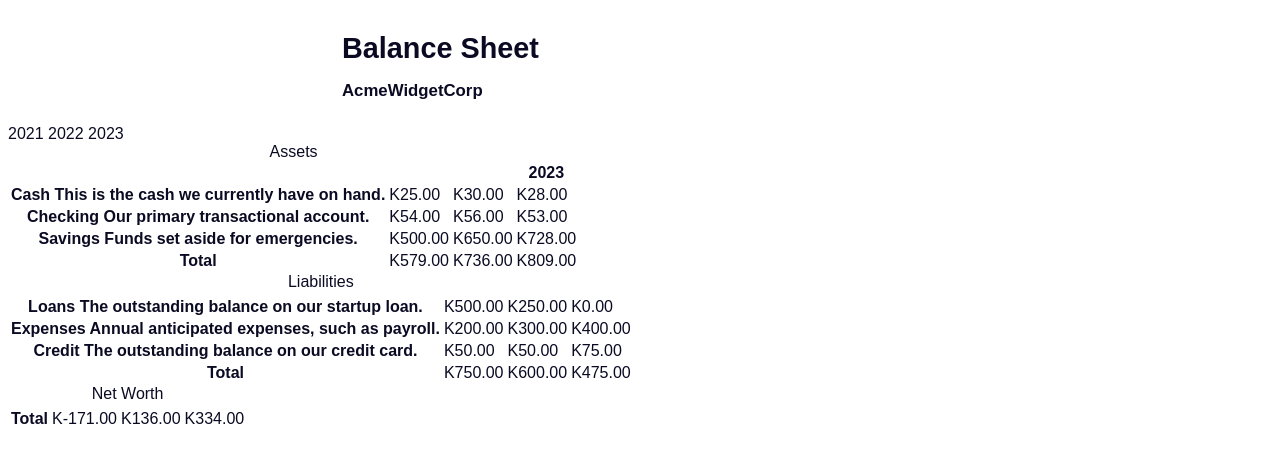
Repository: Lungdjos/balance_shee
Page: index.html
The author's editor kept a copy of each file at every save. The page is drawn from the files as they stood at one save, then again after the next save.
The browser window is 1280 px wide. The pictures show the whole page.

Above is the page before, as saved 2023-10-31 17:39:25.

### index.html
<!DOCTYPE html>
<html lang="en">

<head>
    <meta charset="UTF-8">
    <meta name="viewport" content="width=device-width, initial-scale=1.0">
    <title>Balance Sheet</title>
    <link rel="stylesheet" href="styles.css">
</head>

<body>
    <main>
        <section>
            <h1>
                <span class="flex">
                <span>AcmeWidgetCorp</span>
                <span>Balance Sheet</span>
                </span>
            </h1>
            <div id="years" aria-hidden="true">
                <span class="year">2021</span>
                <span class="year">2022</span>
                <span class="year">2023</span>
            </div>
            <div class="table-wrap">
                <table>
                    <caption>Assets</caption>
                    <thead>
                        <tr>
                            <td></td>
                            <th><span class="sr-only year">2021</span></th>
                            <th><span class="sr-only year">2022</span></th>
                            <th class="current"><span class="current">2023</span></th>
                        </tr>
                    </thead>
                    <tbody>
                        <tr class="data">
                            <th>
                                Cash <span class="description">This is the cash we currently have on hand.</span>
                            </th>
                            <td>K25.00</td>
                            <td>K30.00</td>
                            <td class="current">K28.00</td>
                        </tr>
                        <tr class="data">
                            <th>
                                Checking <span class="description">Our primary transactional account.</span>
                            </th>
                            <td>K54.00</td>
                            <td>K56.00</td>
                            <td class="current">K53.00</td>
                        </tr>
                        <tr class="data">
                            <th>
                                Savings <span class="description">Funds set aside for emergencies.</span>
                            </th>
                            <td>K500.00</td>
                            <td>K650.00</td>
                            <td class="current">K728.00</td>
                        </tr>
                        <tr class="total">
                            <th>
                                Total <span class="sr-only">Assets</span>
                            </th>
                            <td>K579.00</td>
                            <td>K736.00</td>
                            <td class="current">K809.00</td>
                        </tr>
                    </tbody>
                </table>
                <table>
                    <caption>Liabilities</caption>
                    <thead>
                        <tr>
                            <td></td>
                            <th><span class="sr-only">2021</span></th>
                            <th><span class="sr-only">2022</span></th>
                            <th><span class="sr-only">2023</span></th>
                        </tr>
                    </thead>
                    <tbody>
                        <tr class="data">
                            <th>
                                Loans <span class="description">The outstanding balance on our startup loan.</span>
                            </th>
                            <td>K500.00</td>
                            <td>K250.00</td>
                            <td class="current">K0.00</td>
                        </tr>
                        <tr class="data">
                            <th>
                                Expenses <span class="description">Annual anticipated expenses, such as payroll.</span>
                            </th>
                            <td>K200.00</td>
                            <td>K300.00</td>
                            <td class="current">K400.00</td>
                        </tr>
                        <tr class="data">
                            <th>
                                Credit <span class="description">The outstanding balance on our credit card.</span>
                            </th>
                            <td>K50.00</td>
                            <td>K50.00</td>
                            <td class="current">K75.00</td>
                        </tr>
                        <tr class="total">
                            <th>
                                Total <span class="sr-only">Liabilities</span>
                            </th>
                            <td>K750.00</td>
                            <td>K600.00</td>
                            <td class="current">K475.00</td>
                        </tr>
                    </tbody>
                </table>
                <table>
                    <caption>Net Worth</caption>
                    <thead>
                        <tr>
                            <td></td>
                            <th><span class="sr-only">2021</span></th>
                            <th><span class="sr-only">2022</span></th>
                            <th><span class="sr-only">2023</span></th>
                        </tr>
                    </thead>
                    <tbody>
                        <tr class="total">
                            <th>
                                Total <span class="sr-only">Net Worth</span>
                            </th>
                            <td>K-171.00</td>
                            <td>K136.00</td>
                            <td class="current">K334.00</td>
                        </tr>
                    </tbody>
                </table>
            </div>
        </section>
    </main>
</body>

</html>

</html>

</html>

### styles.css
/* general styling */

html {
    box-sizing: border-box;
}

body {
    font-family: sans-serif;
    color: #0a0a23;
}

span[class~="sr-only"] {
    border: 0;
    clip: rect(1px, 1px, 1px, 1px);
    clip-path: inset(50%);
    width: 1px;
    height: 1px;
    overflow: hidden;
    white-space: nowrap;
    position: absolute;
    padding: 0;
    margin: 1px;
}


/* table styling */

h1 {
    max-width: 37.25rem;
    margin: 0 auto;
    padding: 1.5rem 1.25rem;
}

h1 .flex {
    display: flex;
    flex-direction: column-reverse;
    gap: 1rem;
}

h1 .flex span:first-of-type {
    font-size: .7em;
}

h1 .flex span:last-of-type {
    font-size: 1.2em;
}

After the next save:
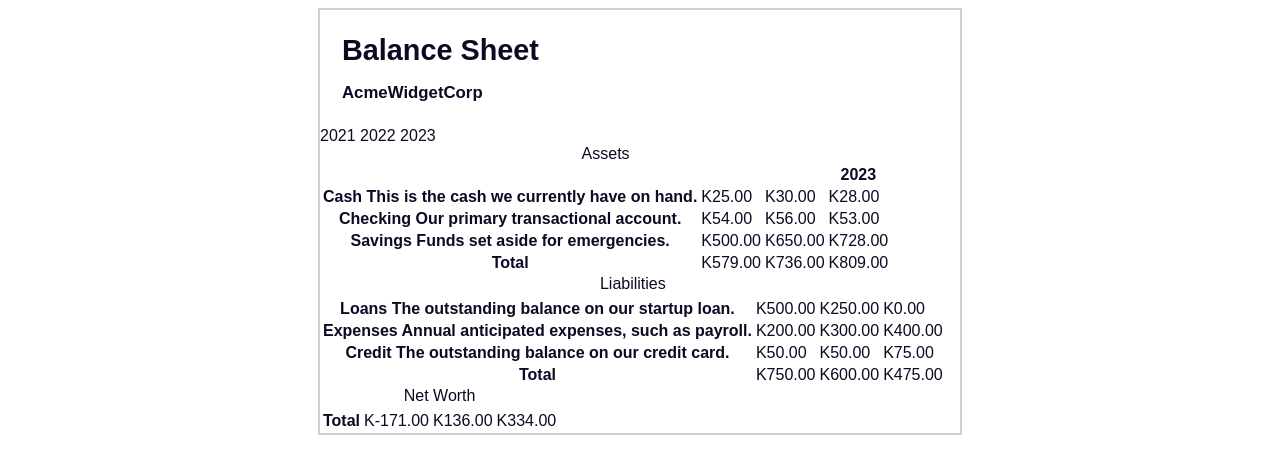
Saved 3 days later.
--- a/styles.css
+++ b/styles.css
@@ -44,3 +44,9 @@ h1 .flex span:first-of-type {
 h1 .flex span:last-of-type {
     font-size: 1.2em;
 }
+
+section {
+    max-width: 40rem;
+    margin: 0 auto;
+    border: 2px solid #d0d0d5;
+}
